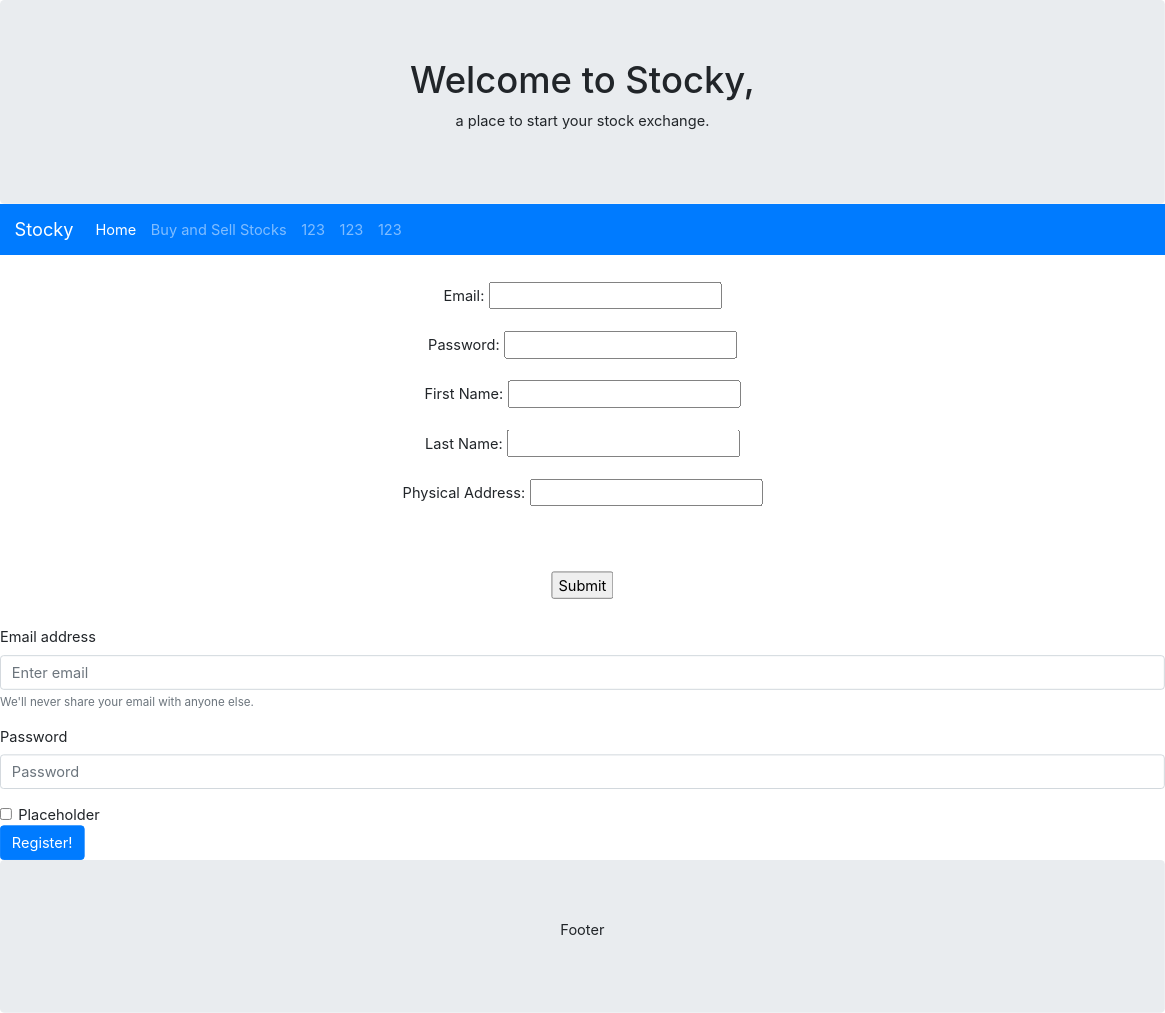
Repository: madfufuu/stocky
Page: http://localhost/stocky/signup.jsp
The author's editor kept a copy of each file at every save. The page is drawn from the files as they stood at one save, then again after the next save.
The browser window is 1280 px wide. The pictures show the whole page, at 91% of full size.
The page is served by Tomcat 9. Other server files are loaded and not shown.

Above is the page before, as saved 2019-11-27 21:39:36.

### stocky-new-master/stocky/WebContent/signup.jsp
<%@ page language="java" contentType="text/html; charset=UTF-8"
    pageEncoding="UTF-8"%>
<!DOCTYPE html>
<html lang="en">
<head>
	<!-- Required meta tags -->
    <meta charset="utf-8">
    <meta name="viewport" content="width=device-width, initial-scale=1, shrink-to-fit=no">

	<!-- Bootstrap CSS -->
	<link rel="stylesheet" href="https://stackpath.bootstrapcdn.com/bootstrap/4.3.1/css/bootstrap.min.css" integrity="sha384-ggOyR0iXCbMQv3Xipma34MD+dH/1fQ784/j6cY/iJTQUOhcWr7x9JvoRxT2MZw1T" crossorigin="anonymous">
	<link rel="stylesheet" type="text/css" href="./style.css">

	<title>Registration</title>
</head>

<body>
	<div class="jumbotron text-center" style="margin-bottom:0">
  		<h1>Welcome to Stocky,</h1>
 		<p>a place to start your stock exchange.</p>
	</div>

	<nav class="navbar navbar-expand-lg navbar-dark bg-primary sticky-top">
  		<a class="navbar-brand" href="index.jsp">Stocky</a>
  		<button class="navbar-toggler" type="button" data-toggle="collapse" data-target="#navbarSupportedContent" aria-controls="navbarSupportedContent" aria-expanded="false" aria-label="Toggle navigation">
    		<span class="navbar-toggler-icon"></span>
  		</button>

  		<div class="collapse navbar-collapse" id="navbarSupportedContent">
			<ul class="navbar-nav mr-auto">
				<li class="nav-item active">
					<a class="nav-link" href="index.jsp">Home <span class="sr-only">(current)</span></a>
				</li>

				<li class="nav-item">
					<a class="nav-link" href="#">Buy and Sell Stocks</a>
				</li>

				<li class="nav-item">
					<a class="nav-link" href="#">123</a>
				</li>

				<li class="nav-item">
					<a class="nav-link" href="#">123</a>
				</li>

				<li class="nav-item">
					<a class="nav-link" href="#">123</a>
				</li>

			</ul>

		</div>
	</nav>

	<form id="signupForm" action="SignUpCheck" method="post">
		Email: <input type="text" name="email" /><br />
		<br />Password: <input type="password" name="password" /><br />
		<br />First Name: <input type="text" name="fname" /><br />
		<br />Last Name: <input type="text" name="lname" /><br />
		<br />Physical Address: <input type="text" name="paddress" /><br />
		<br /> <br />
		<br /> <input type="submit" />
	</form>

	<form action="SignUpCheck" method="post">
		<div class="form-group">
			<label for="exampleInputEmail1">Email address</label> <input
				type="email" class="form-control" id="exampleInputEmail1"
				aria-describedby="emailHelp" placeholder="Enter email"> <small
				id="emailHelp" class="form-text text-muted">We'll never
				share your email with anyone else.</small>
		</div>
		<div class="form-group">
			<label for="exampleInputPassword1">Password</label> <input
				type="password" class="form-control" id="exampleInputPassword1"
				placeholder="Password">
		</div>
		<div class="form-check">
			<input type="checkbox" class="form-check-input" id="exampleCheck1">
			<label class="form-check-label" for="exampleCheck1">Placeholder</label>
		</div>
		<button type="submit" class="btn btn-primary">Register!</button>
	</form>

	<div class="jumbotron text-center" style="margin-bottom:0">
		<p>Footer</p>
	</div>



	<!-- Optional JavaScript -->
    <!-- jQuery first, then Popper.js, then Bootstrap JS -->
	<script src="https://code.jquery.com/jquery-3.3.1.slim.min.js" integrity="sha384-q8i/X+965DzO0rT7abK41JStQIAqVgRVzpbzo5smXKp4YfRvH+8abtTE1Pi6jizo" crossorigin="anonymous"></script>
	<script src="https://cdnjs.cloudflare.com/ajax/libs/popper.js/1.14.7/umd/popper.min.js" integrity="sha384-UO2eT0CpHqdSJQ6hJty5KVphtPhzWj9WO1clHTMGa3JDZwrnQq4sF86dIHNDz0W1" crossorigin="anonymous"></script>
	<script src="https://stackpath.bootstrapcdn.com/bootstrap/4.3.1/js/bootstrap.min.js" integrity="sha384-JjSmVgyd0p3pXB1rRibZUAYoIIy6OrQ6VrjIEaFf/nJGzIxFDsf4x0xIM+B07jRM" crossorigin="anonymous"></script>
</body>
</html>

### stocky-new-master/stocky/WebContent/style.css
@charset "UTF-8";
#signin-form-card {
	width: 50%;
}

#signupForm{
	text-align: center;
	margin:  30px;
}

After the next save:
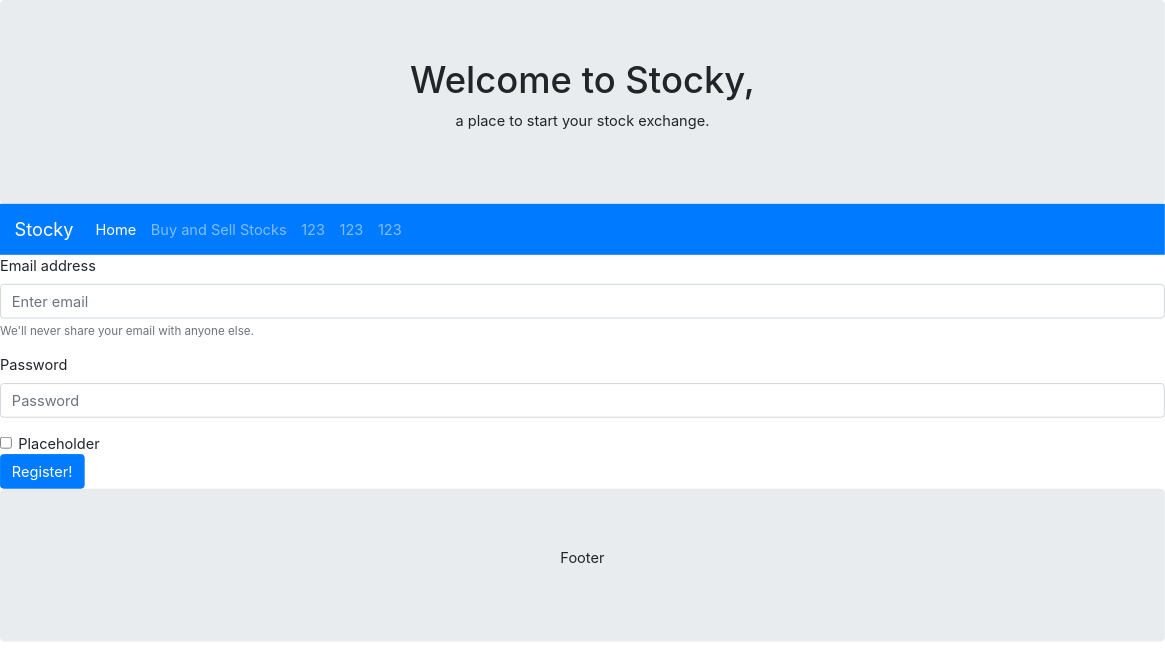
Saved 6 s later.
--- a/stocky-new-master/stocky/WebContent/signup.jsp
+++ b/stocky-new-master/stocky/WebContent/signup.jsp
@@ -53,7 +53,7 @@
 		</div>
 	</nav>
 
-	<form id="signupForm" action="SignUpCheck" method="post">
+	<!-- <form id="signupForm" action="SignUpCheck" method="post">
 		Email: <input type="text" name="email" /><br />
 		<br />Password: <input type="password" name="password" /><br />
 		<br />First Name: <input type="text" name="fname" /><br />
@@ -61,7 +61,7 @@
 		<br />Physical Address: <input type="text" name="paddress" /><br />
 		<br /> <br />
 		<br /> <input type="submit" />
-	</form>
+	</form> -->
 
 	<form action="SignUpCheck" method="post">
 		<div class="form-group">
